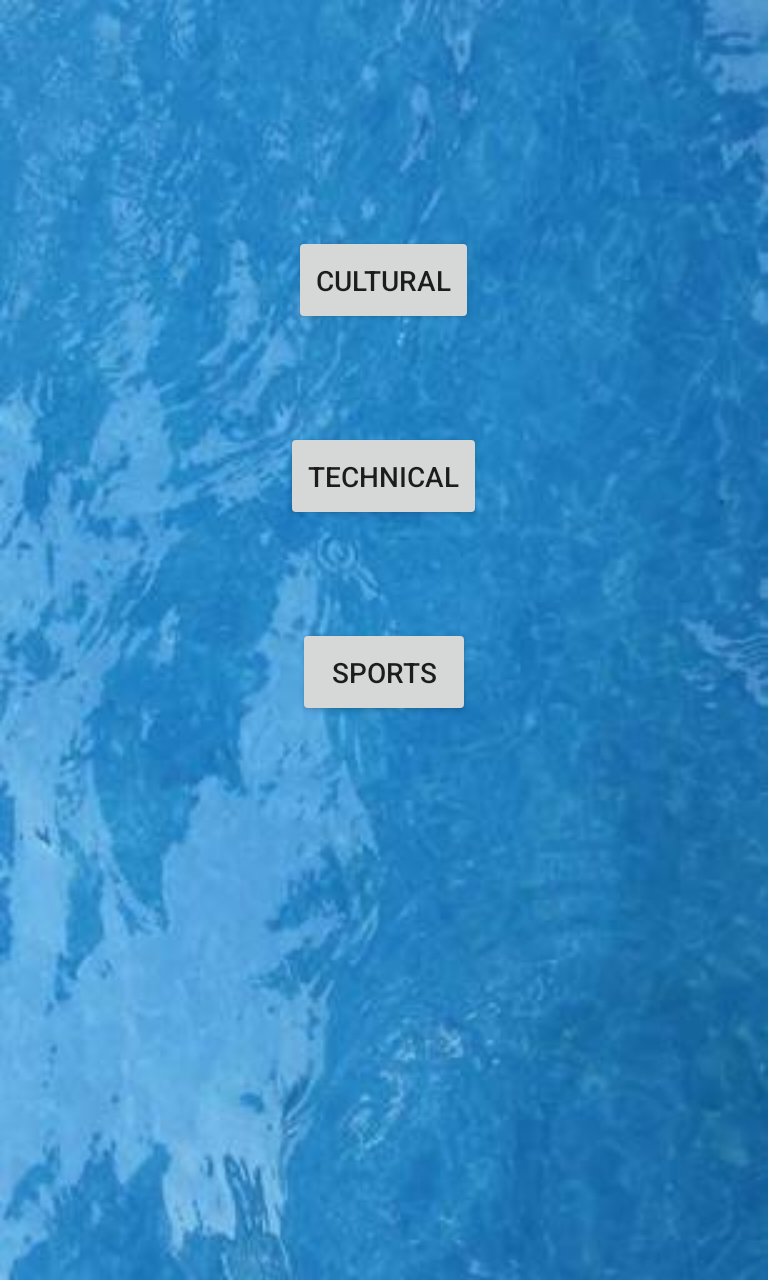
Repository: Attaphon1996/Engineering-Stuff
Layout: OSource/Android Play/Android_Projects/YASH15.0/res/layout/day1.xml
The author's editor kept a copy of each file at every save. The layout is drawn from the files as they stood at one save, then again after the next save.
It is drawn on a 768 x 1280 px phone screen (xhdpi) without system bars, with theme AppTheme; the app's code is not run.

Above is the layout before, as saved 2015-02-09 01:12:29.

### OSource/Android Play/Android_Projects/YASH15.0/res/layout/day1.xml
<?xml version="1.0" encoding="utf-8"?>
<LinearLayout xmlns:android="http://schemas.android.com/apk/res/android"
    android:layout_width="match_parent"
    android:layout_height="match_parent"
    android:orientation="vertical"
    android:paddingBottom="@dimen/activity_vertical_margin"
    android:paddingLeft="@dimen/activity_horizontal_margin"
    android:paddingRight="@dimen/activity_horizontal_margin"
    android:paddingTop="@dimen/activity_vertical_margin"
    android:background="@drawable/plain"
    >

    <Button
        android:id="@+id/day1_cultural"
        android:layout_width="wrap_content"
        android:layout_height="wrap_content"
        android:text="@string/cultural"
        android:layout_gravity="center"
        android:layout_marginTop="100dp" />

    <Button
        android:id="@+id/day1_technical"
        android:layout_width="wrap_content"
        android:layout_height="wrap_content"
        android:text="@string/technical"
        android:layout_gravity="center"
        android:layout_marginTop="50dp" />

    <Button
        android:id="@+id/day1_sports"
        android:layout_width="wrap_content"
        android:layout_height="wrap_content"
        android:text="@string/sports"
        android:layout_gravity="center"
        android:layout_marginTop="50dp"/>

</LinearLayout>

### OSource/Android Play/Android_Projects/YASH15.0/res/values/strings.xml
<?xml version="1.0" encoding="utf-8"?>
<resources>

    <string name="app_name">YASH 15.0</string>
    <string name="hello_world">Hello world!</string>
    <string name="action_settings">Settings</string>
    <string name="day0">15TH Feb</string>
    <string name="day1">16th Feb</string>
    <string name="day2">17th Feb</string>
    <string name="day3">18th Feb</string>
    <string name="day4">19th Feb</string>
    <string name="day5">20th Feb</string>
    <string name="day6">21st Feb</string>
    <string name="technical">Technical</string>
    <string name="cultural">Cultural</string>
    <string name="sports">Sports</string>
    <string name="doty">DOTY</string>
    <string name="tshirt">T-SHIRT PRINTING</string>
    <string name="internet">INTERNET QUEST</string>
    <string name="layout">LAYOUT PLANNING</string>
    <string name="chess">CHESS</string>
    <string name="carrom">CARROM</string>


</resources>

Loaded but not shown: OSource/Android Play/Android_Projects/YASH15.0/res/values/styles.xml (common file); OSource/Android Play/Android_Projects/YASH15.0/res/values-v11/styles.xml (common file); OSource/Android Play/Android_Projects/YASH15.0/res/values-v14/styles.xml (common file); OSource/Android Play/Android_Projects/YASH15.0/res/values/dimens.xml (common file); OSource/Android Play/Android_Projects/YASH15.0/res/values-w820dp/dimens.xml (common file)

After the next save:
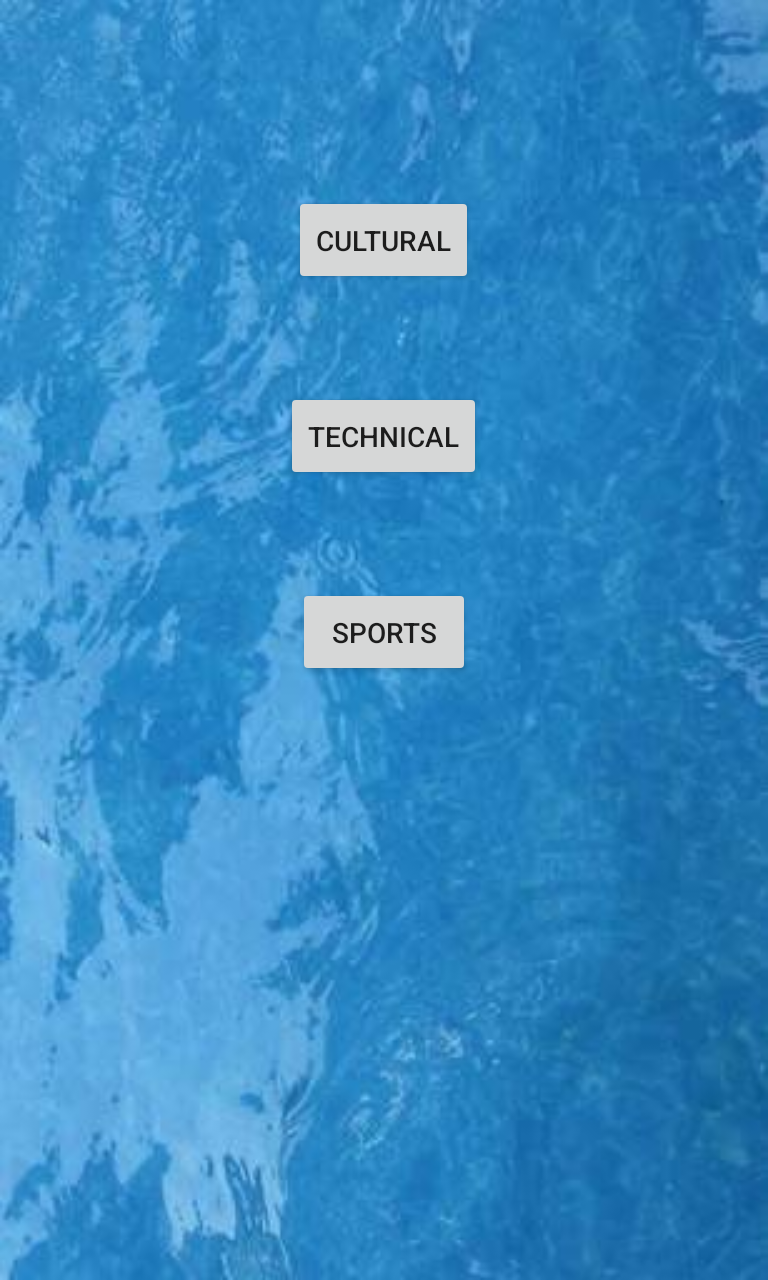
Saved 13 s later.
--- a/OSource/Android Play/Android_Projects/YASH15.0/res/layout/day1.xml
+++ b/OSource/Android Play/Android_Projects/YASH15.0/res/layout/day1.xml
@@ -16,7 +16,7 @@
         android:layout_height="wrap_content"
         android:text="@string/cultural"
         android:layout_gravity="center"
-        android:layout_marginTop="100dp" />
+        android:layout_marginTop="80dp" />
 
     <Button
         android:id="@+id/day1_technical"
